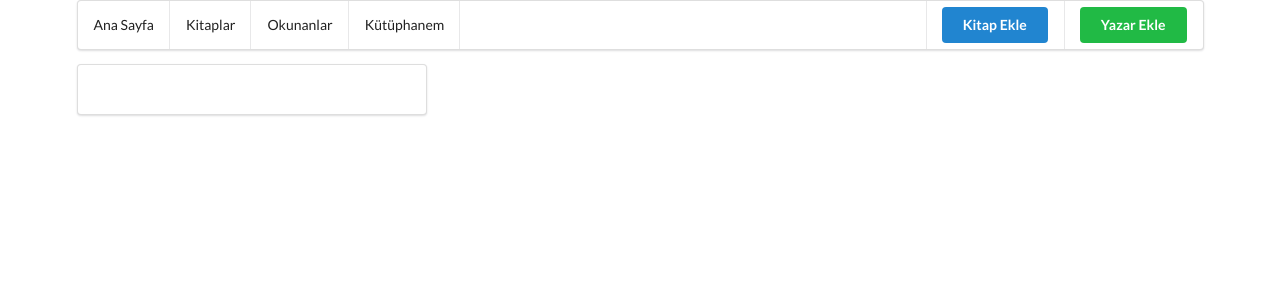
Repository: rizacantire/libraryReactApp
Page: /
These files come from the project's save history. The page is drawn as it stood at one moment and after the next save; the edit follows.
The browser window is 1280 px wide. The pictures show the whole page.
The page's requests for data from a server got no answer. The project was rebuilt for these pictures with package versions that can differ from the ones it lists, and the page was loaded fresh each time. No one was signed in, and anything a server would have sent is missing.

Above is the page before, as saved 2021-08-17 22:41:26.

After the next save:
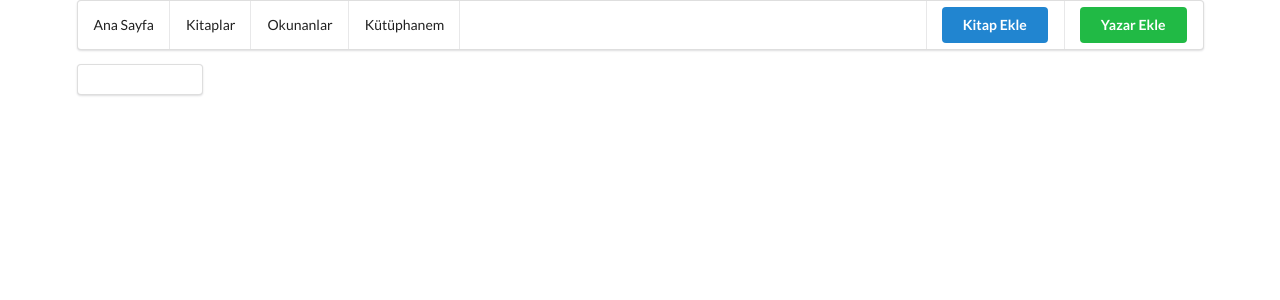
Saved 5 s later.
--- a/src/pages/CategoryList.jsx
+++ b/src/pages/CategoryList.jsx
@@ -13,7 +13,7 @@ export default function CategoryList() {
   }, []);
   return (
     <div>
-      <Menu vertical size="massive">
+      <Menu vertical size="mini">
         {categories.map((category) => (
           <Menu.Item key={category.categoryId}>
             <Link to={`/bookCategory/${category.categoryId}`}>
